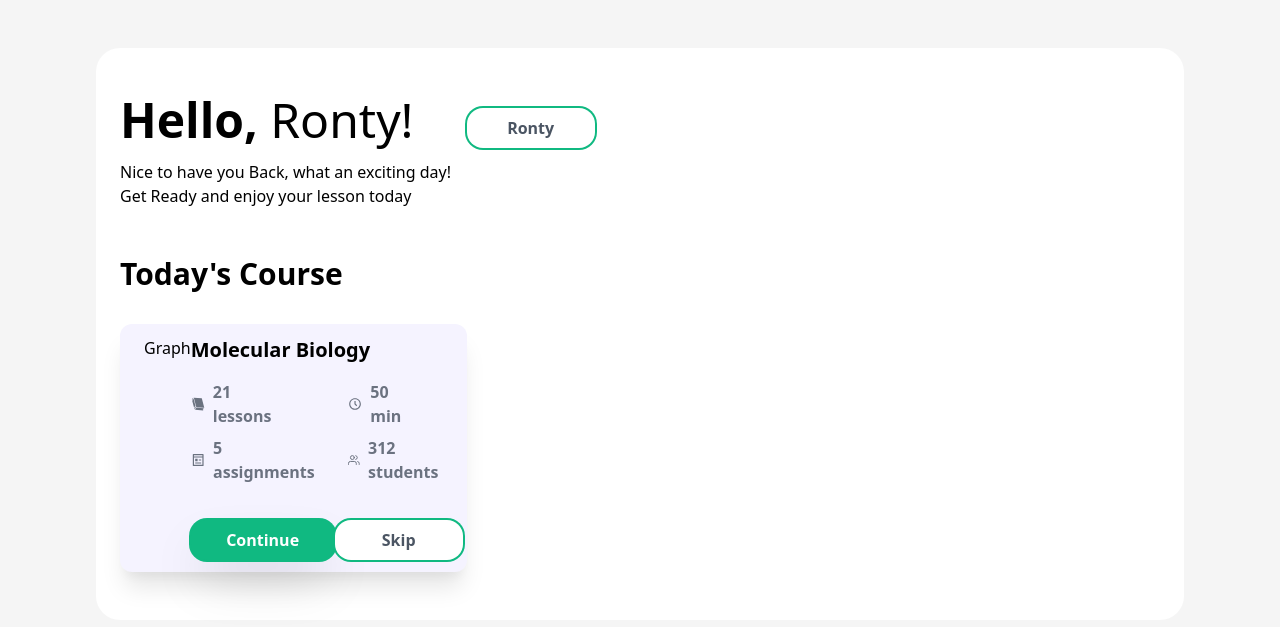
Repository: coolronts/Vite-Tailwind
Page: /
The author's editor kept a copy of each file at every save. The page is drawn from the files as they stood at one save, then again after the next save.
The browser window is 1280 px wide. The pictures show the whole page.
The project was rebuilt for these pictures with package versions that can differ from the ones it lists, and the page was loaded fresh each time. Also part of the build but not shown: vite.config.js, src/components/Chart/index.jsx.

Above is the page before, as saved 2021-11-26 13:37:11.

After the next save:
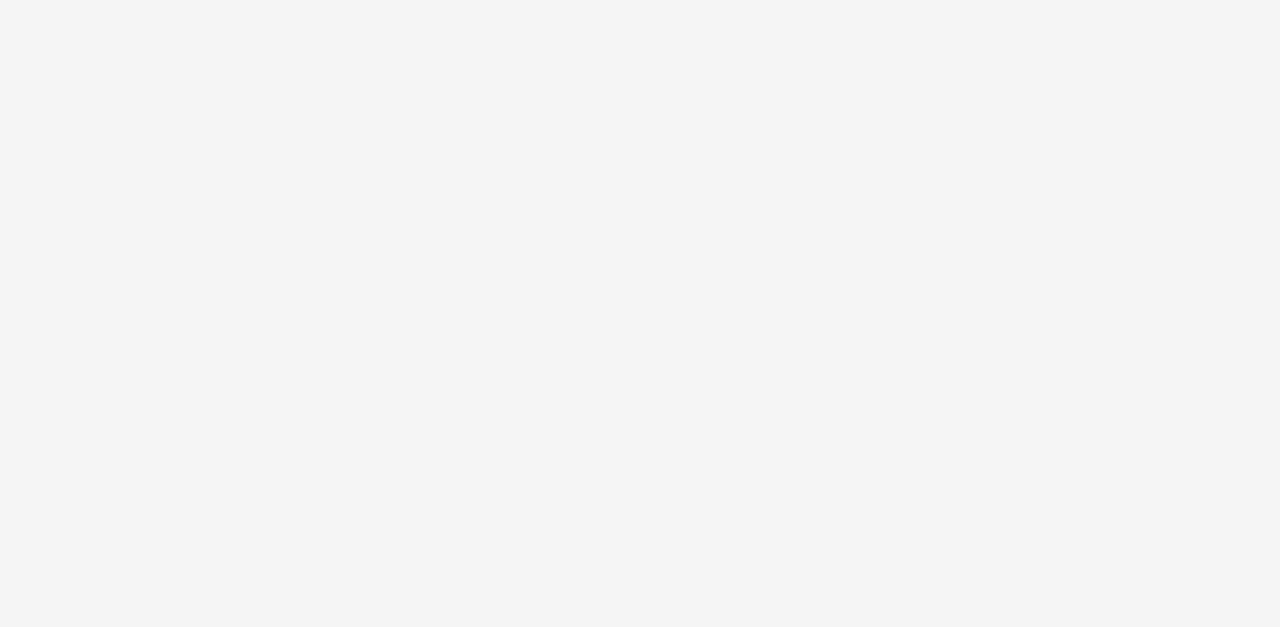
Console error: ReferenceError: purple is not defined
Saved 87 s later.
--- a/src/components/Card/index.jsx
+++ b/src/components/Card/index.jsx
@@ -1,8 +1,8 @@
 import React from 'react'
 
-export const PrimaryCard =({children})=> {
+export const PrimaryCard =({children, color="purple"}) => {
   return (
-    <div className="bg-purple-50 py-3 px-6 rounded-xl shadow-xl">
+    <div className={`bg-${purple}-50 py-3 px-6 rounded-xl shadow-xl`}>
       {children}
     </div>
   )

After the save that followed:
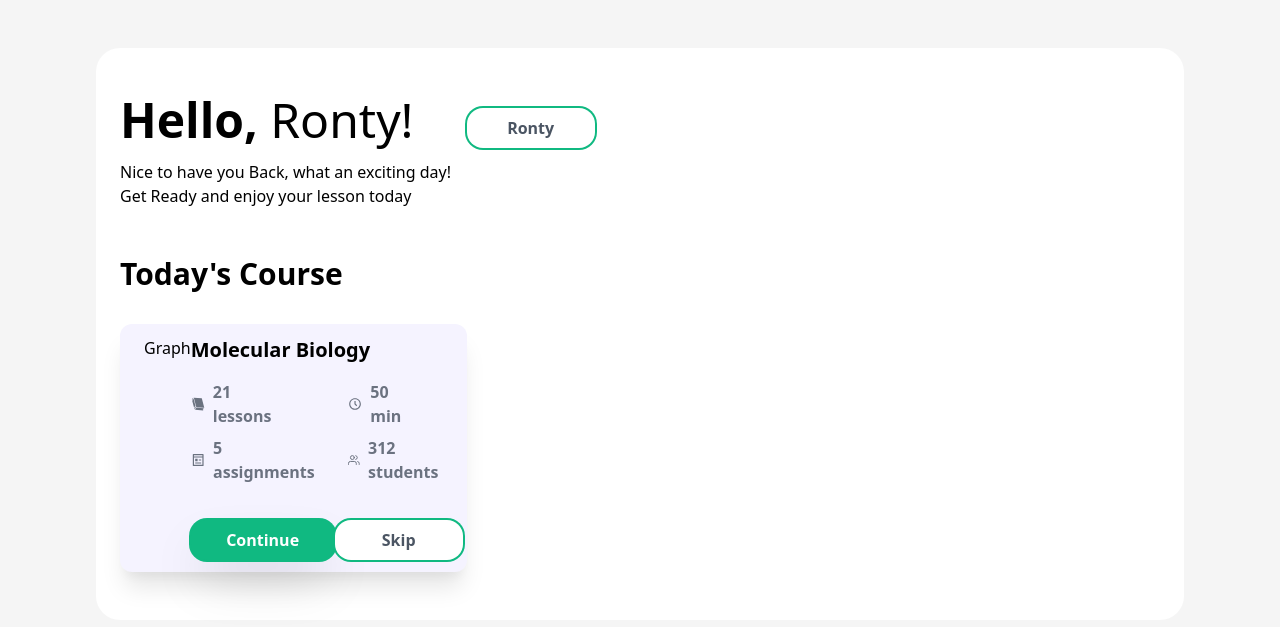
The error is gone.
Saved 6 s later.
--- a/src/components/Card/index.jsx
+++ b/src/components/Card/index.jsx
@@ -2,7 +2,7 @@
 
 export const PrimaryCard =({children, color="purple"}) => {
   return (
-    <div className={`bg-${purple}-50 py-3 px-6 rounded-xl shadow-xl`}>
+    <div className={`bg-${color}-50 py-3 px-6 rounded-xl shadow-xl`}>
       {children}
     </div>
   )
